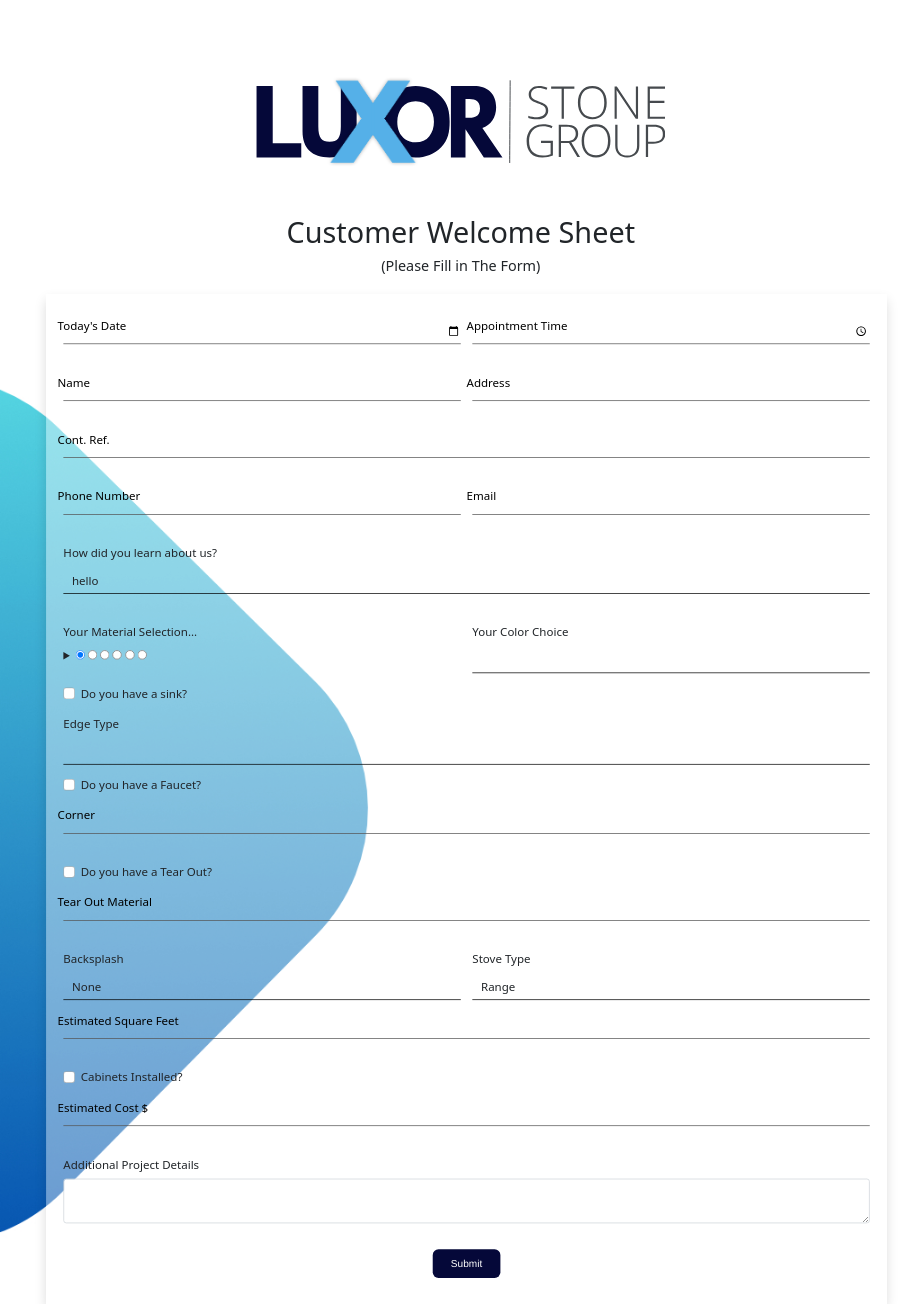
Repository: aya7abbal/Luxor-Customer-Form
Page: index.html
An editor plug-in stored every save of this project. The page is shown before and after the next save, followed by the edit.
The browser window is 1280 px wide. The pictures show the whole page, at 72% of full size.
The style sheet was rebuilt from its Sass, Less or Tailwind sources for each picture, by a compiler version that may differ from the author's.

Above is the page before, as saved 2023-10-21 15:50:40.

After the next save:
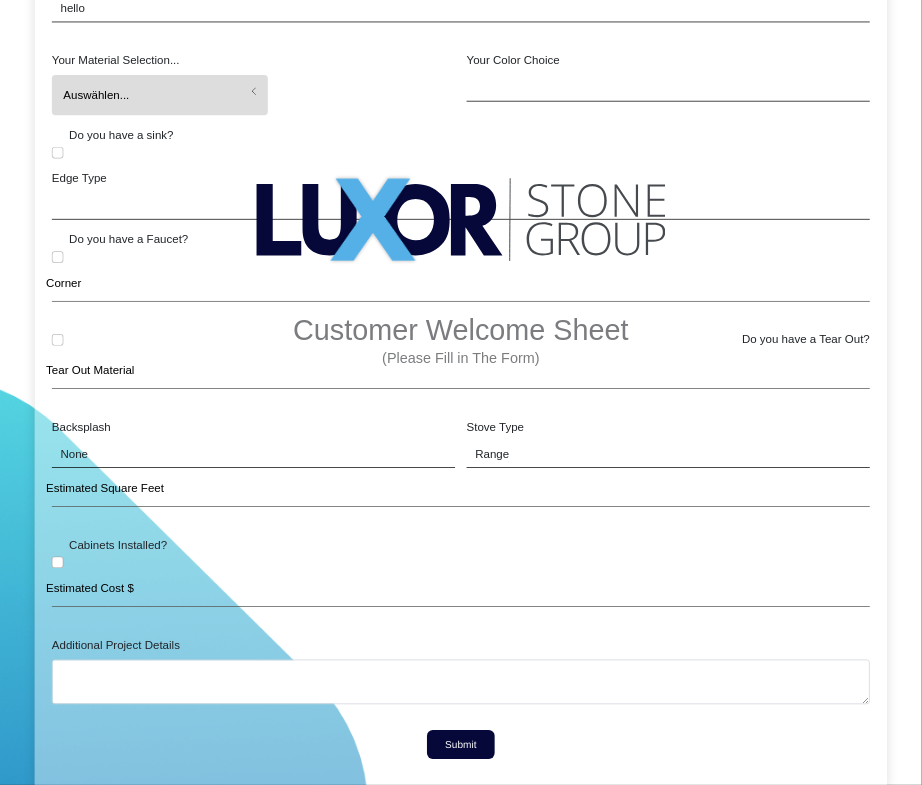
Saved 30 s later.
--- a/Styles/styles.scss
+++ b/Styles/styles.scss
@@ -44,6 +44,152 @@
 
   }
 
+}
+html * {
+	padding: 0;
+	margin: 0;
+	box-sizing: border-box;
+}
+
+body {
+	background-color: #262626;
+	display: flex;
+	justify-content: center;
+	align-items: center;
+	height: 100vh;
+	font-family: sans-serif;
+	padding: 5rem;
+}
+
+details {
+	position: relative;
+	width: 300px;
+	margin-right: 1rem;
+}
+
+details[open] {
+	z-index: 1;
+}
+
+summary {
+	padding: 1rem;
+	cursor: pointer;
+	border-radius: 5px;
+	background-color: #ddd;
+	list-style: none;
+}
+
+summary::-webkit-details-marker {
+	display: none;
+}
+
+details[open] summary:before {
+	content: '';
+	display: block;
+	width: 100vw;
+	height: 100vh;
+	background: transparent;
+	position: fixed;
+	top: 0;
+	left: 0;
+}
+
+summary:after {
+	content: '';
+	display: inline-block;
+	float: right;
+	width: .5rem;
+	height: .5rem;
+	border-bottom: 1px solid currentColor;
+	border-left: 1px solid currentColor;
+	border-bottom-left-radius: 2px;
+	transform: rotate(45deg) translate(50%, 0%);
+	transform-origin: center center;
+	transition: transform ease-in-out 100ms
+}
+
+summary:focus {
+	outline: none;
+}
+
+details[open] summary:after {
+	transform: rotate(-45deg) translate(0%, 0%);
+}
+
+ul {
+	width: 100%;
+	background: #ddd;
+	position: absolute;
+	top: calc(100% + .5rem);
+	left: 0;
+	padding: 1rem;
+	margin: 0;
+	box-sizing: border-box;
+	border-radius: 5px;
+	max-height: 200px;
+	overflow-y: auto;
+}
+
+li {
+	margin: 0;
+	padding: 1rem 0;
+	border-bottom: 1px solid #ccc;
+}
+
+li:first-child {
+	padding-top: 0;
+}
+
+li:last-child {
+	padding-bottom: 0;
+	border-bottom: none;
+}
+
+/* FAKE SELECT */
+
+summary.radios {
+	counter-reset: radios;
+}
+
+summary.radios:before {
+	content: var(--selection);
+}
+
+input[type=radio] {
+	counter-increment: radios;
+	appearance: none;
+	display: none;
+}
+
+input[type=radio]:checked {
+	display: inline;
+	--display: block;
+}
+
+input[type=radio]:after {
+	content: attr(title);
+	display: inline;
+	font-size: 1rem;
+}
+
+ul.list {
+	counter-reset: labels;
+}
+
+label {
+	width: 100%;
+	display: flex;
+	cursor: pointer;
+	justify-content: space-between;
+}
+
+label span {
+	--display: none;
+	display: var(--display);
+	width: 1rem;
+	height: 1rem;
+	border: 1px solid #727272;
+	border-radius: 3px;
 }
 
 // Submit Button

After the save that followed:
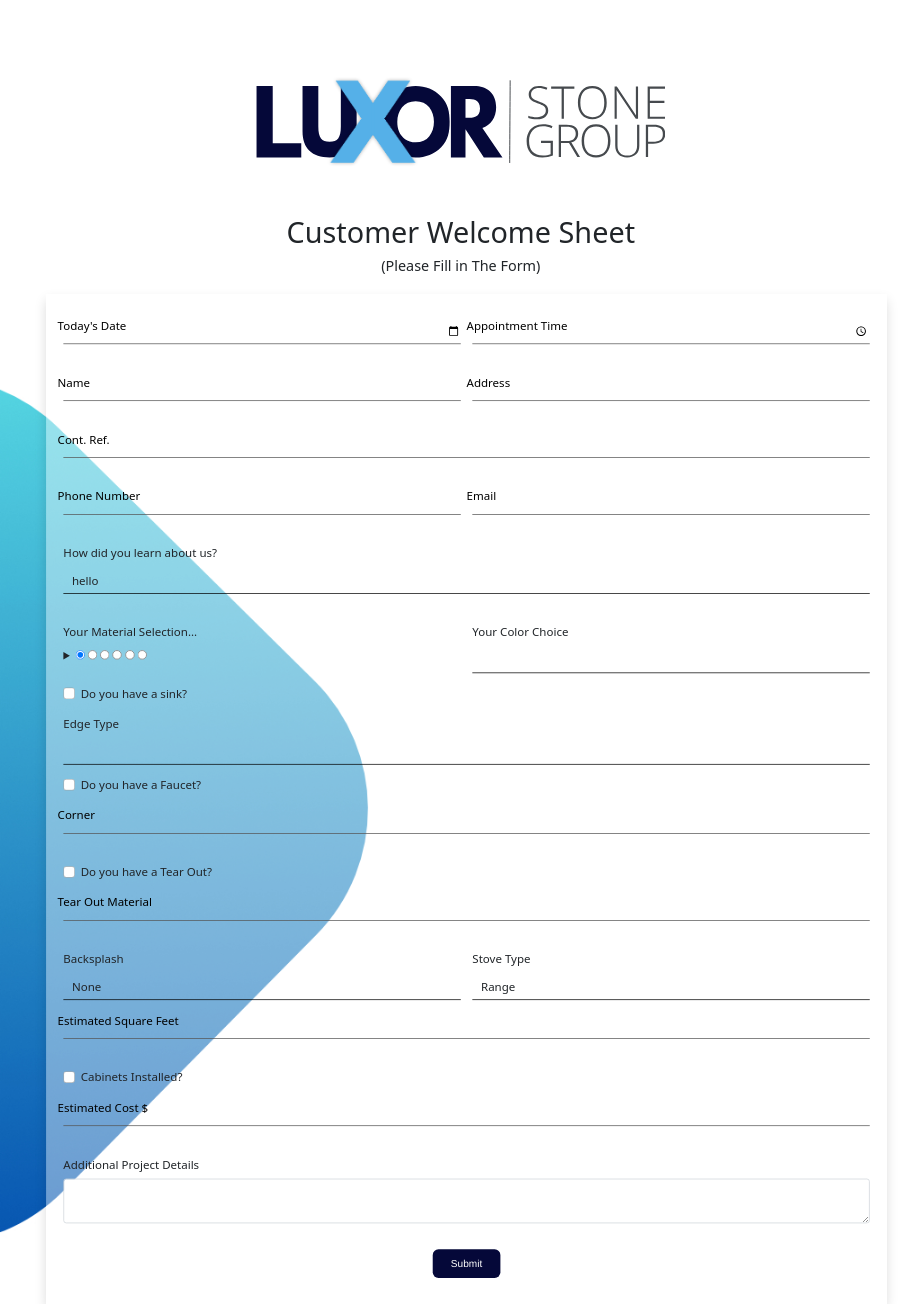
Saved 79 s later.
--- a/Styles/styles.scss
+++ b/Styles/styles.scss
@@ -41,155 +41,8 @@
       border-radius: 0PX;
       background: transparent;
       background-color: transparent;
-
   }
 
-}
-html * {
-	padding: 0;
-	margin: 0;
-	box-sizing: border-box;
-}
-
-body {
-	background-color: #262626;
-	display: flex;
-	justify-content: center;
-	align-items: center;
-	height: 100vh;
-	font-family: sans-serif;
-	padding: 5rem;
-}
-
-details {
-	position: relative;
-	width: 300px;
-	margin-right: 1rem;
-}
-
-details[open] {
-	z-index: 1;
-}
-
-summary {
-	padding: 1rem;
-	cursor: pointer;
-	border-radius: 5px;
-	background-color: #ddd;
-	list-style: none;
-}
-
-summary::-webkit-details-marker {
-	display: none;
-}
-
-details[open] summary:before {
-	content: '';
-	display: block;
-	width: 100vw;
-	height: 100vh;
-	background: transparent;
-	position: fixed;
-	top: 0;
-	left: 0;
-}
-
-summary:after {
-	content: '';
-	display: inline-block;
-	float: right;
-	width: .5rem;
-	height: .5rem;
-	border-bottom: 1px solid currentColor;
-	border-left: 1px solid currentColor;
-	border-bottom-left-radius: 2px;
-	transform: rotate(45deg) translate(50%, 0%);
-	transform-origin: center center;
-	transition: transform ease-in-out 100ms
-}
-
-summary:focus {
-	outline: none;
-}
-
-details[open] summary:after {
-	transform: rotate(-45deg) translate(0%, 0%);
-}
-
-ul {
-	width: 100%;
-	background: #ddd;
-	position: absolute;
-	top: calc(100% + .5rem);
-	left: 0;
-	padding: 1rem;
-	margin: 0;
-	box-sizing: border-box;
-	border-radius: 5px;
-	max-height: 200px;
-	overflow-y: auto;
-}
-
-li {
-	margin: 0;
-	padding: 1rem 0;
-	border-bottom: 1px solid #ccc;
-}
-
-li:first-child {
-	padding-top: 0;
-}
-
-li:last-child {
-	padding-bottom: 0;
-	border-bottom: none;
-}
-
-/* FAKE SELECT */
-
-summary.radios {
-	counter-reset: radios;
-}
-
-summary.radios:before {
-	content: var(--selection);
-}
-
-input[type=radio] {
-	counter-increment: radios;
-	appearance: none;
-	display: none;
-}
-
-input[type=radio]:checked {
-	display: inline;
-	--display: block;
-}
-
-input[type=radio]:after {
-	content: attr(title);
-	display: inline;
-	font-size: 1rem;
-}
-
-ul.list {
-	counter-reset: labels;
-}
-
-label {
-	width: 100%;
-	display: flex;
-	cursor: pointer;
-	justify-content: space-between;
-}
-
-label span {
-	--display: none;
-	display: var(--display);
-	width: 1rem;
-	height: 1rem;
-	border: 1px solid #727272;
-	border-radius: 3px;
 }
 
 // Submit Button
